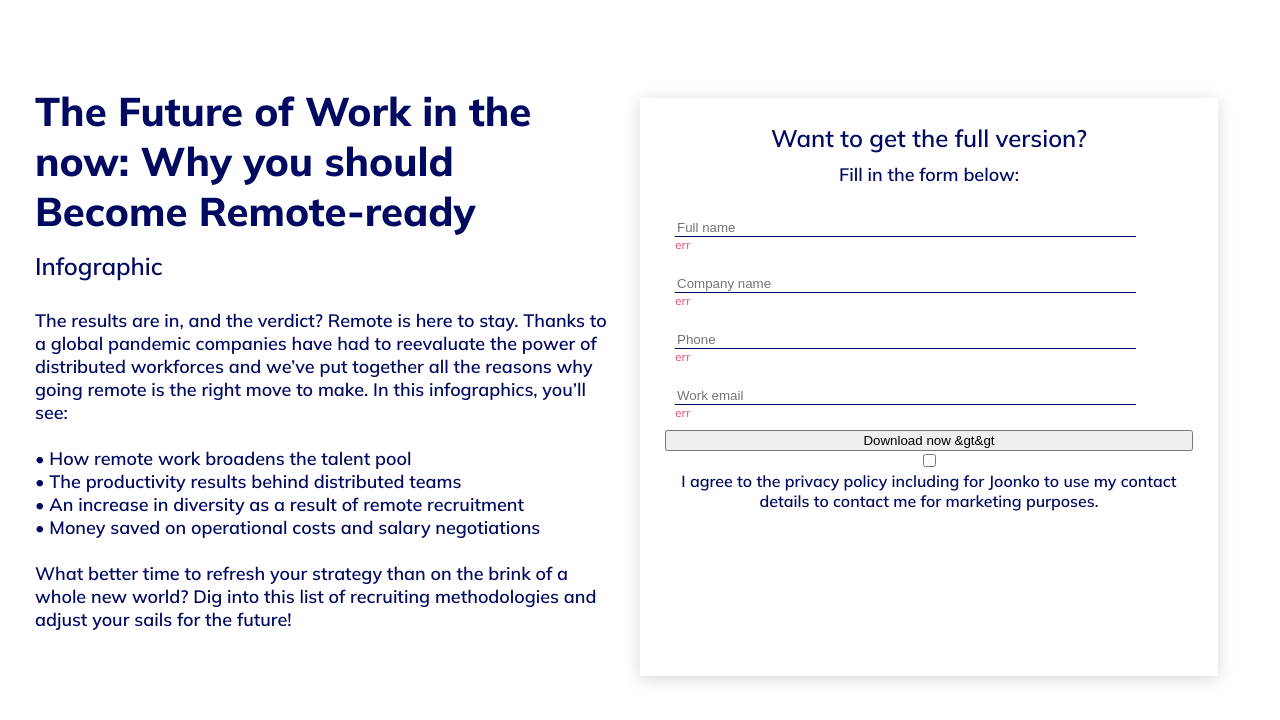
Repository: zivmorad/joonko-form
Page: /
The author's editor kept a copy of each file at every save. The page is drawn from the files as they stood at one save, then again after the next save.
The browser window is 1280 px wide. The pictures show the whole page.
The project was rebuilt for these pictures with package versions that can differ from the ones it lists, and the page was loaded fresh each time.

Above is the page before, as saved 2021-08-03 11:26:28.

After the next save:
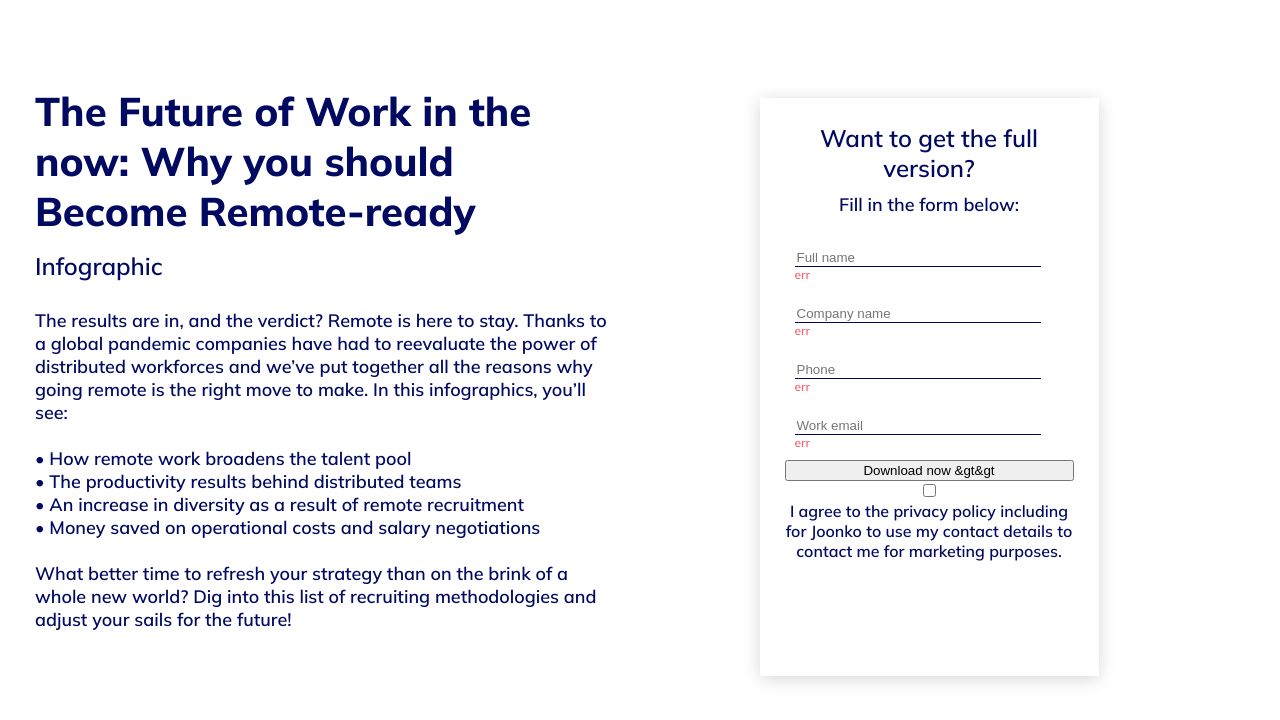
Saved 69 s later.
--- a/src/App.scss
+++ b/src/App.scss
@@ -64,10 +64,12 @@ body {
 			width: 50%;
 			padding: 27px;
 			height: 100%;
+			align-items: center;
 			.form-card {
 				box-shadow: 0px 3px 16px #00000029;
 				padding: 25px;
 				height: 100%;
+				width: 50%;
 				.form-wrapper {
 					.form-title {
 						font-size: 24px;
